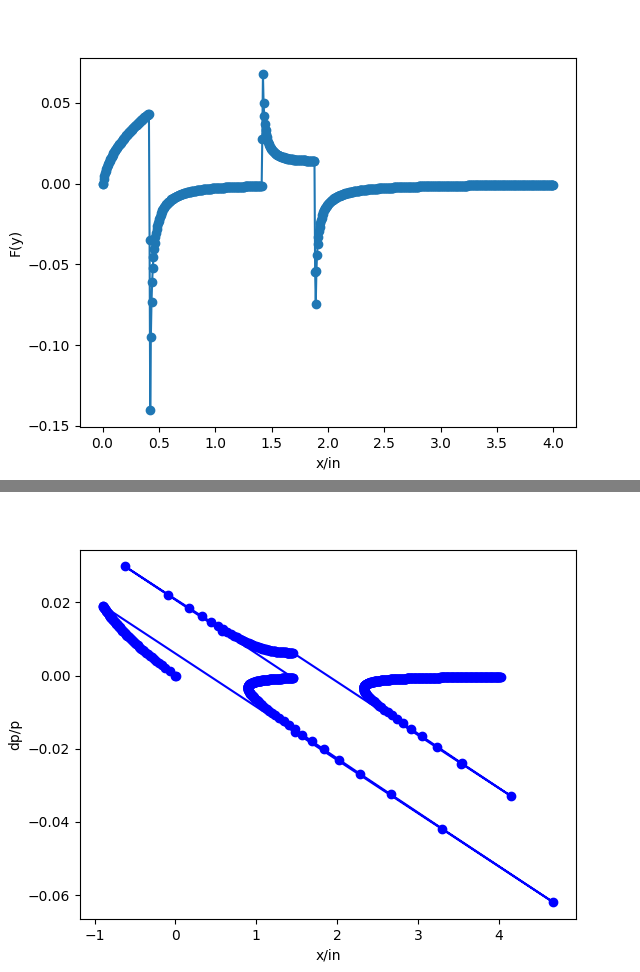
Repository: leiradom/Modified-linear-theory
Script's output: python 2_F_function.py
An editor plug-in stored every save of this project. The script's output is shown before and after the next save, followed by the edit.
Each picture stacks the figures in order, with grey between them; figures that are only written to a file come last. Random numbers start from a fixed seed.

Above is the script's output before, as saved 2021-04-07 09:12:26.

### 2_F_function.py
#本程序实现求解无升力构型的F函数
#同时求解出未经修正的压力信号
#F函数是无量纲的

import math
import numpy as np
import matplotlib.pyplot as plt


M = 1.41                    #输入马赫数
P0 = 101325                 #输入大气静压
gama = 1.4                  #比热比
B = math.sqrt(M * M - 1)    #修正因子
k = (1 / math.sqrt(2)) * (gama + 1) * M**4 * B**(-1.5)   #特征性系数k
r0 = 20                      #r0为计算的位置  DWB为63.072  model1为20 2、3为10
con = (gama * M**2)/(math.sqrt(2 * B * r0))


volume = np.loadtxt("se.txt",dtype=np.float64)   #存放体积分布的数据文件
#Lift = np.loadtxt("volume.txt",dtype=np.float64)    #存放升力分布的数据文件
#cau = np.loadtxt("cauchy.txt",dtype=np.float64)      #积分含有哑元的存放

a = len(volume)        #a为b的长度
#print(a)              #检查文件长度

X = np.ones(a)     #存放x的数组
Y = np.ones(a)     #存放y的数组
Y0 = np.ones(a)    #存放含哑元的表达式的值


#提取体积分布数据中的两列数据
for i in range(0,a):
    c = volume[i][0]
    d = volume[i][1]
    #ca = cau[i][1]
    X[i] = c
    Y[i] = d
    #Y0[i] = ca

#print(X)
#print(Y)

#通过变上限积分求解F函数，积分使用梯形公式
F = np.ones(a, dtype=np.float64)   #产生一个长度为a的初始化数组
X1 = np.ones(a, dtype=np.float64)
delta_P = np.ones(a, dtype=np.float64)
X1[0] = 0.0        #强制F的第一个值为0
delta_P[0] = 0.0   #强制F的第一个值为0
F[0] = 0.0         #强制F的第一个值为0


for i in range(1,a):
    #内层积分，积到x
    s = 0
    for j in range(0,i-1):
        s0 =Y[j+1] * ((1 / math.sqrt(X[i]-X[j+1])) + Y[j] * (1 / math.sqrt(X[i]-X[j])) * (X[j + 1] - X[j]) / (2))
        #s0 = (((Y0[j+1] + Y0[j]) * (X[j + 1] - X[j])) / (2))    #第(j+1)个梯形的面积
        s = s0 + s    #S为最后的积分
    #内层积分，积到x
    F[i] = (1/(2 * math.pi)) * s / 170   #乘以外面的一个
    #print(X[i],F[i])
    delta_P[i] = con * F[i]
    #print(delta_P[i])
    X1[i] = (B * r0 - k * F[i] * math.sqrt(r0) + X[i])
    print(X1[i]-B * r0,delta_P[i])


#将计算结果输出


#绘制F函数的图像
plt.plot(X, F,'-o')
plt.xlabel("x/in")
plt.ylabel('F(y)')
plt.show()




X0 = np.zeros(a)
for i in range(1,a):
    X0[i] = X1[i] - B * r0

#绘制未修正的过压的图像
plt.plot(X0, delta_P,'-o',c='b')
plt.xlabel("x/in")
plt.ylabel('dp/p')
plt.show()

for i in range(1,a):
    print(X0[i],delta_P[i])

#delta_P = np.ones[a]    #储存过压的数组
#delta_P[i] = P0 * ((gama * M * M)/(math.sqrt(2 * B * r0))) * F[i]

### se.txt
0.0 0.22666288815849994
0.005714286 0.22666261174543742
0.01142857 0.22666301100875008
0.01714286 0.22666270388312526
0.02285714 0.226662703883124
0.02857143 0.22666393238562577
0.03428571 0.22666178250624855
0.04 0.22666178250625021
0.04571429 0.22666485376249793
0.05142857 0.22666178250625188
0.05714286 0.22666178250624688
0.06285714 0.2266648537625046
0.06857143 0.22666178250625021
0.07428571 0.22666178250624688
0.08 0.2266648537625046
0.08571428 0.22665256873749706
0.09142857 0.22669249506874736
0.09714286 0.226627998687502
0.1028571 0.22668942381250298
0.1085714 0.22662799868749534
0.1142857 0.22668942381250298
0.12 0.22665871124999915
0.1257143 0.22668942381250962
0.1314286 0.226627998687502
0.1371429 0.22665871124998582
0.1428571 0.22668942381250962
0.1485714 0.226627998687502
0.1542857 0.22668942381249632
0.16 0.22665871124999915
0.1657143 0.22665871125001247
0.1714286 0.22665871124998582
0.1771429 0.22668942381249632
0.1828571 0.226627998687502
0.1885714 0.22668942381252294
0.1942857 0.22665871124998582
0.2 0.22665871124998582
0.2057143 0.22665871125001247
0.2114286 0.22665871124998582
0.2171429 0.22665871125001247
0.2228571 0.22665871125001247
0.2285714 0.22668942381249632
0.2342857 0.22665871124998582
0.24 0.226627998687502
0.2457143 0.22668942381249632
0.2514286 0.22665871125001247
0.2571429 0.22668942381246968
0.2628571 0.2266279986875553
0.2685714 0.22668942381252294
0.2742857 0.22662799868744873
0.28 0.22668942381252294
0.2857143 0.2266587112500391
0.2914286 0.2267201363749535
0.2971429 0.22638229818752478
0.3028571 0.226965836874984
0.3085714 0.22665871124998582
0.3142857 0.22665871124998582
0.32 0.22635158562504093
0.3257143 0.226965836874984
0.3314286 0.22665871124998582
0.3371429 0.2266587112500391
0.3428571 0.22665871124998582
0.3485714 0.22665871124998582
0.3542857 0.22635158562498767
0.36 0.2269658368750373
0.3657143 0.2266587112500391
0.3714286 0.22665871124993256
0.3771429 0.2266587112500391
0.3828571 0.22665871124993256
0.3885714 0.2266587112500391
0.3942857 0.2266587112500391
0.4 0.22665871124993256
0.4057143 0.2266587112500391
0.4114286 -6.1250063393750125
0.4171429 -10.308057351874998
0.4228571 0.0
0.4285714 0.0
0.4342857 0.0
0.44 0.0
0.4457143 0.0
0.4514286 0.0
0.4571429 0.0
0.4628571 0.0
0.4685714 0.0
0.4742857 0.0
0.48 0.0
0.4857143 0.0
0.4914286 0.0
0.4971429 0.0
0.5028571 0.0
0.5085714 0.0
0.5142857 0.0
0.52 0.0
0.5257143 0.0
0.5314286 0.0
0.5371429 0.0
0.5428571 0.0
0.5485714 0.0
0.5542857 0.0
0.56 0.0
0.5657143 0.0
0.5714286 0.0
0.5771429 0.0
0.5828571 0.0
0.5885714 0.0
0.5942857 0.0
0.6 0.0
0.6057143 0.0
0.6114286 0.0
0.6171429 0.0
0.6228571 0.0
0.6285714 0.0
0.6342857 0.0
0.64 0.0
0.6457143 0.0
0.6514286 0.0
0.6571429 0.0
0.6628571 0.0
0.6685714 0.0
0.6742857 0.0
0.68 0.0
0.6857143 0.0
0.6914286 0.0
0.6971428 0.0
0.7028571 0.0
0.7085714 0.0
0.7142857 0.0
0.72 0.0
0.7257143 0.0
0.7314286 0.0
0.7371428 0.0
0.7428571 0.0
0.7485714 0.0
0.7542857 0.0
0.76 0.0
0.7657143 0.0
0.7714286 0.0
0.7771428 0.0
0.7828571 0.0
0.7885714 0.0
0.7942857 0.0
0.8 0.0
0.8057143 0.0
0.8114286 0.0
0.8171428 0.0
0.8228571 0.0
0.8285714 0.0
0.8342857 0.0
0.84 0.0
0.8457143 0.0
0.8514286 0.0
0.8571428 0.0
0.8628571 0.0
0.8685714 0.0
0.8742857 0.0
0.88 0.0
0.8857143 0.0
0.8914286 0.0
0.8971428 0.0
0.9028571 0.0
0.9085714 0.0
0.9142857 0.0
0.92 0.0
0.9257143 0.0
0.9314286 0.0
0.9371428 0.0
0.9428571 0.0
0.9485714 0.0
0.9542857 0.0
0.96 0.0
0.9657143 0.0
0.9714286 0.0
0.9771428 0.0
0.9828571 0.0
0.9885714 0.0
0.9942857 0.0
1.0 0.0
1.005714 0.0
1.011429 0.0
1.017143 0.0
1.022857 0.0
1.028571 0.0
1.034286 0.0
1.04 0.0
1.045714 0.0
1.051429 0.0
1.057143 0.0
1.062857 0.0
1.068571 0.0
1.074286 0.0
1.08 0.0
1.085714 0.0
1.091429 0.0
1.097143 0.0
1.102857 0.0
1.108571 0.0
1.114286 0.0
1.12 0.0
1.125714 0.0
1.131429 0.0
1.137143 0.0
1.142857 0.0
1.148571 0.0
1.154286 0.0
1.16 0.0
1.165714 0.0
1.171429 0.0
1.177143 0.0
1.182857 0.0
1.188571 0.0
1.194286 0.0
1.2 0.0
1.205714 0.0
1.211429 0.0
1.217143 0.0
1.222857 0.0
1.228571 0.0
1.234286 0.0
1.24 0.0
1.245714 0.0
1.251429 0.0
1.257143 0.0
1.262857 0.0
1.268571 0.0
1.274286 0.0
1.28 0.0
1.285714 0.0
1.291429 0.0
1.297143 0.0
1.302857 0.0
1.308571 0.0
1.314286 0.0
1.32 0.0
1.325714 0.0
1.331429 0.0
1.337143 0.0
1.342857 0.0
1.348571 0.0
1.354286 0.0
1.36 0.0
1.365714 0.0
1.371429 0.0
1.377143 0.0
1.382857 0.0
1.388571 0.0
1.394286 0.0
1.4 0.0
1.405714 0.0
1.411429 2.365481563750017
1.417143 3.8866747843749865
1.422857 0.03163393937497196
1.428571 0.03163393937497196
1.434286 0.03163393937507852
1.44 0.03132681375002706
1.445714 0.03163393937486541
1.451429 0.03132681375013362
1.457143 0.03194106499991686
1.462857 0.03132681375002706
1.468571 0.03132681375002706
1.474286 0.031941065000023416
1.48 0.03132681374992051
1.485714 0.03132681375002706
1.491429 0.031941065000023416
1.497143 0.03132681374992051
1.502857 0.03163393937507852
1.508571 0.03132681375002706
1.514286 0.03163393937497196
1.52 0.03163393937497196
1.525714 0.03163393937497196
1.531429 0.03132681375002706
1.537143 0.03163393937507852
1.542857 0.03132681374992051
1.548571 0.031941065000023416
1.554286 0.03132681374992051
1.56 0.03132681375013362
1.565714 0.03194106499991686
1.571429 0.03132681375002706
1.577143 0.03132681374992051
1.582857 0.03194106500012997
1.588571 0.03132681374992051
1.594286 0.03163393937507852
1.6 0.03132681374992051
1.605714 0.03163393937497196
1.611429 0.03163393937507852
1.617143 0.03163393937497196
1.622857 0.03132681375002706
1.628571 0.03163393937497196
1.634286 0.03163393937497196
1.64 0.03132681375002706
1.645714 0.03163393937497196
1.651429 0.03163393937507852
1.657143 0.03132681374992051
1.662857 0.03163393937507852
1.668571 0.03163393937486541
1.674286 0.03132681375013362
1.68 0.03163393937497196
1.685714 0.03163393937497196
1.691429 0.03163393937518507
1.697143 0.03132681374992051
1.702857 0.03163393937497196
1.708571 0.03132681374992051
1.714286 0.031941065000236524
1.72 0.03132681374992051
1.725714 0.03132681374992051
1.731429 0.031941065000023416
1.737143 0.03132681374992051
1.742857 0.03132681375013362
1.748571 0.031941065000023416
1.754286 0.03132681374992051
1.76 0.03163393937497196
1.765714 0.03132681375013362
1.771429 0.03163393937497196
1.777143 0.03163393937475885
1.782857 0.03163393937518507
1.788571 0.03132681375013362
1.794286 0.03163393937475885
1.8 0.03163393937518507
1.805714 0.03132681374992051
1.811429 0.03163393937497196
1.817143 0.03132681374992051
1.822857 0.031941065000236524
1.828571 0.03132681374992051
1.834286 0.03163393937497196
1.84 0.03132681374992051
1.845714 0.03163393937497196
1.851429 0.03163393937518507
1.857143 0.03163393937475885
1.862857 0.03132681375013362
1.868571 0.03163393937518507
1.874286 0.031326813749707395
1.88 -5.509526586874832
1.885714 -3.2656667706250517
1.891429 0.0
1.897143 0.0
1.902857 0.0
1.908571 0.0
1.914286 0.0
1.92 0.0
1.925714 0.0
1.931429 0.0
1.937143 0.0
1.942857 0.0
1.948571 0.0
1.954286 0.0
1.96 0.0
1.965714 0.0
1.971429 0.0
1.977143 0.0
1.982857 0.0
1.988571 0.0
1.994286 0.0
2.0 0.0
2.005714 0.0
2.011429 0.0
2.017143 0.0
2.022857 0.0
2.028571 0.0
2.034286 0.0
2.04 0.0
2.045714 0.0
2.051429 0.0
2.057143 0.0
2.062857 0.0
2.068571 0.0
2.074286 0.0
2.08 0.0
2.085714 0.0
2.091429 0.0
2.097143 0.0
2.102857 0.0
2.108571 0.0
2.114286 0.0
2.12 0.0
2.125714 0.0
2.131429 0.0
2.137143 0.0
2.142857 0.0
2.148571 0.0
2.154286 0.0
2.16 0.0
2.165714 0.0
2.171429 0.0
2.177143 0.0
2.182857 0.0
2.188571 0.0
2.194286 0.0
2.2 0.0
2.205714 0.0
2.211429 0.0
2.217143 0.0
2.222857 0.0
2.228571 0.0
2.234286 0.0
2.24 0.0
2.245714 0.0
2.251429 0.0
2.257143 0.0
2.262857 0.0
2.268571 0.0
2.274286 0.0
2.28 0.0
2.285714 0.0
2.291429 0.0
2.297143 0.0
2.302857 0.0
2.308571 0.0
2.314286 0.0
2.32 0.0
2.325714 0.0
2.331429 0.0
2.337143 0.0
2.342857 0.0
2.348571 0.0
2.354286 0.0
2.36 0.0
2.365714 0.0
2.371429 0.0
2.377143 0.0
2.382857 0.0
2.388571 0.0
2.394286 0.0
2.4 0.0
2.405714 0.0
2.411429 0.0
2.417143 0.0
2.422857 0.0
2.428571 0.0
2.434286 0.0
2.44 0.0
2.445714 0.0
2.451429 0.0
2.457143 0.0
2.462857 0.0
2.468571 0.0
2.474286 0.0
2.48 0.0
2.485714 0.0
2.491429 0.0
2.497143 0.0
2.502857 0.0
2.508571 0.0
2.514286 0.0
2.52 0.0
2.525714 0.0
2.531429 0.0
2.537143 0.0
2.542857 0.0
2.548571 0.0
2.554286 0.0
2.56 0.0
2.565714 0.0
2.571429 0.0
2.577143 0.0
2.582857 0.0
2.588571 0.0
2.594286 0.0
2.6 0.0
2.605714 0.0
2.611429 0.0
2.617143 0.0
2.622857 0.0
2.628571 0.0
2.634286 0.0
2.64 0.0
2.645714 0.0
2.651429 0.0
2.657143 0.0
2.662857 0.0
2.668571 0.0
2.674286 0.0
2.68 0.0
2.685714 0.0
2.691429 0.0
2.697143 0.0
2.702857 0.0
2.708571 0.0
2.714286 0.0
2.72 0.0
2.725714 0.0
2.731429 0.0
2.737143 0.0
2.742857 0.0
2.748571 0.0
2.754286 0.0
2.76 0.0
2.765714 0.0
2.771429 0.0
2.777143 0.0
2.782857 0.0
2.788571 0.0
2.794286 0.0
2.8 0.0
2.805714 0.0
2.811429 0.0
2.817143 0.0
2.822857 0.0
2.828571 0.0
2.834286 0.0
2.84 0.0
2.845714 0.0
2.851429 0.0
2.857143 0.0
2.862857 0.0
2.868571 0.0
2.874286 0.0
2.88 0.0
2.885714 0.0
2.891429 0.0
2.897143 0.0
2.902857 0.0
2.908571 0.0
2.914286 0.0
2.92 0.0
2.925714 0.0
2.931429 0.0
2.937143 0.0
2.942857 0.0
2.948571 0.0
2.954286 0.0
2.96 0.0
2.965714 0.0
2.971429 0.0
2.977143 0.0
2.982857 0.0
2.988571 0.0
2.994286 0.0
3.0 0.0
3.005714 0.0
3.011429 0.0
3.017143 0.0
3.022857 0.0
3.028571 0.0
3.034286 0.0
3.04 0.0
3.045714 0.0
3.051429 0.0
3.057143 0.0
3.062857 0.0
3.068571 0.0
3.074286 0.0
3.08 0.0
3.085714 0.0
3.091429 0.0
3.097143 0.0
3.102857 0.0
3.108571 0.0
3.114286 0.0
3.12 0.0
3.125714 0.0
3.131429 0.0
3.137143 0.0
3.142857 0.0
3.148571 0.0
3.154286 0.0
3.16 0.0
3.165714 0.0
3.171429 0.0
3.177143 0.0
3.182857 0.0
3.188571 0.0
3.194286 0.0
3.2 0.0
3.205714 0.0
3.211429 0.0
3.217143 0.0
3.222857 0.0
3.228571 0.0
3.234286 0.0
3.24 0.0
3.245714 0.0
3.251429 0.0
3.257143 0.0
3.262857 0.0
3.268571 0.0
3.274286 0.0
3.28 0.0
3.285714 0.0
3.291429 0.0
3.297143 0.0
3.302857 0.0
3.308571 0.0
3.314286 0.0
3.32 0.0
3.325714 0.0
3.331429 0.0
3.337143 0.0
3.342857 0.0
3.348571 0.0
3.354286 0.0
3.36 0.0
3.365714 0.0
3.371429 0.0
3.377143 0.0
3.382857 0.0
3.388571 0.0
3.394286 0.0
3.4 0.0
3.405714 0.0
3.411429 0.0
3.417143 0.0
3.422857 0.0
3.428571 0.0
3.434286 0.0
3.44 0.0
3.445714 0.0
3.451429 0.0
3.457143 0.0
3.462857 0.0
3.468571 0.0
3.474286 0.0
3.48 0.0
3.485714 0.0
3.491429 0.0
3.497143 0.0
3.502857 0.0
3.508571 0.0
3.514286 0.0
3.52 0.0
3.525714 0.0
3.531429 0.0
3.537143 0.0
3.542857 0.0
3.548571 0.0
3.554286 0.0
3.56 0.0
3.565714 0.0
3.571429 0.0
3.577143 0.0
3.582857 0.0
3.588571 0.0
3.594286 0.0
3.6 0.0
3.605714 0.0
3.611429 0.0
3.617143 0.0
3.622857 0.0
3.628571 0.0
3.634286 0.0
3.64 0.0
3.645714 0.0
3.651429 0.0
3.657143 0.0
3.662857 0.0
3.668571 0.0
3.674286 0.0
3.68 0.0
3.685714 0.0
3.691429 0.0
3.697143 0.0
3.702857 0.0
3.708571 0.0
3.714286 0.0
3.72 0.0
3.725714 0.0
3.731429 0.0
3.737143 0.0
3.742857 0.0
3.748571 0.0
3.754286 0.0
3.76 0.0
3.765714 0.0
3.771429 0.0
3.777143 0.0
3.782857 0.0
3.788571 0.0
3.794286 0.0
3.8 0.0
3.805714 0.0
3.811429 0.0
3.817143 0.0
3.822857 0.0
3.828571 0.0
3.834286 0.0
3.84 0.0
3.845714 0.0
3.851429 0.0
3.857143 0.0
3.862857 0.0
3.868571 0.0
3.874286 0.0
3.88 0.0
3.885714 0.0
3.891429 0.0
3.897143 0.0
3.902857 0.0
3.908571 0.0
3.914286 0.0
3.92 0.0
3.925714 0.0
3.931429 0.0
3.937143 0.0
3.942857 0.0
3.948571 0.0
3.954286 0.0
3.96 0.0
3.965714 0.0
3.971429 0.0
3.977143 0.0
3.982857 0.0
3.988571 0.0
3.99    0.0
4.0 0.0

After the next save:
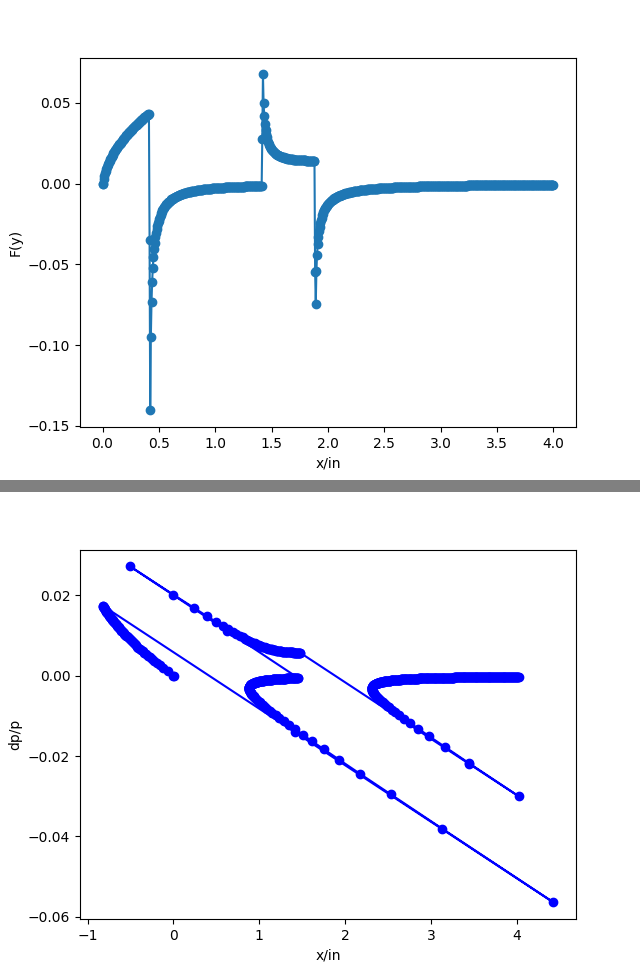
Saved 9 min 5 s later.
--- a/2_F_function.py
+++ b/2_F_function.py
@@ -7,7 +7,7 @@ import numpy as np
 import matplotlib.pyplot as plt
 
 
-M = 1.41                    #输入马赫数
+M = 1.26                    #输入马赫数
 P0 = 101325                 #输入大气静压
 gama = 1.4                  #比热比
 B = math.sqrt(M * M - 1)    #修正因子
@@ -62,7 +62,7 @@ for i in range(1,a):
     delta_P[i] = con * F[i]
     #print(delta_P[i])
     X1[i] = (B * r0 - k * F[i] * math.sqrt(r0) + X[i])
-    print(X1[i]-B * r0,delta_P[i])
+    #print(X1[i]-B * r0,delta_P[i])
 
 
 #将计算结果输出
